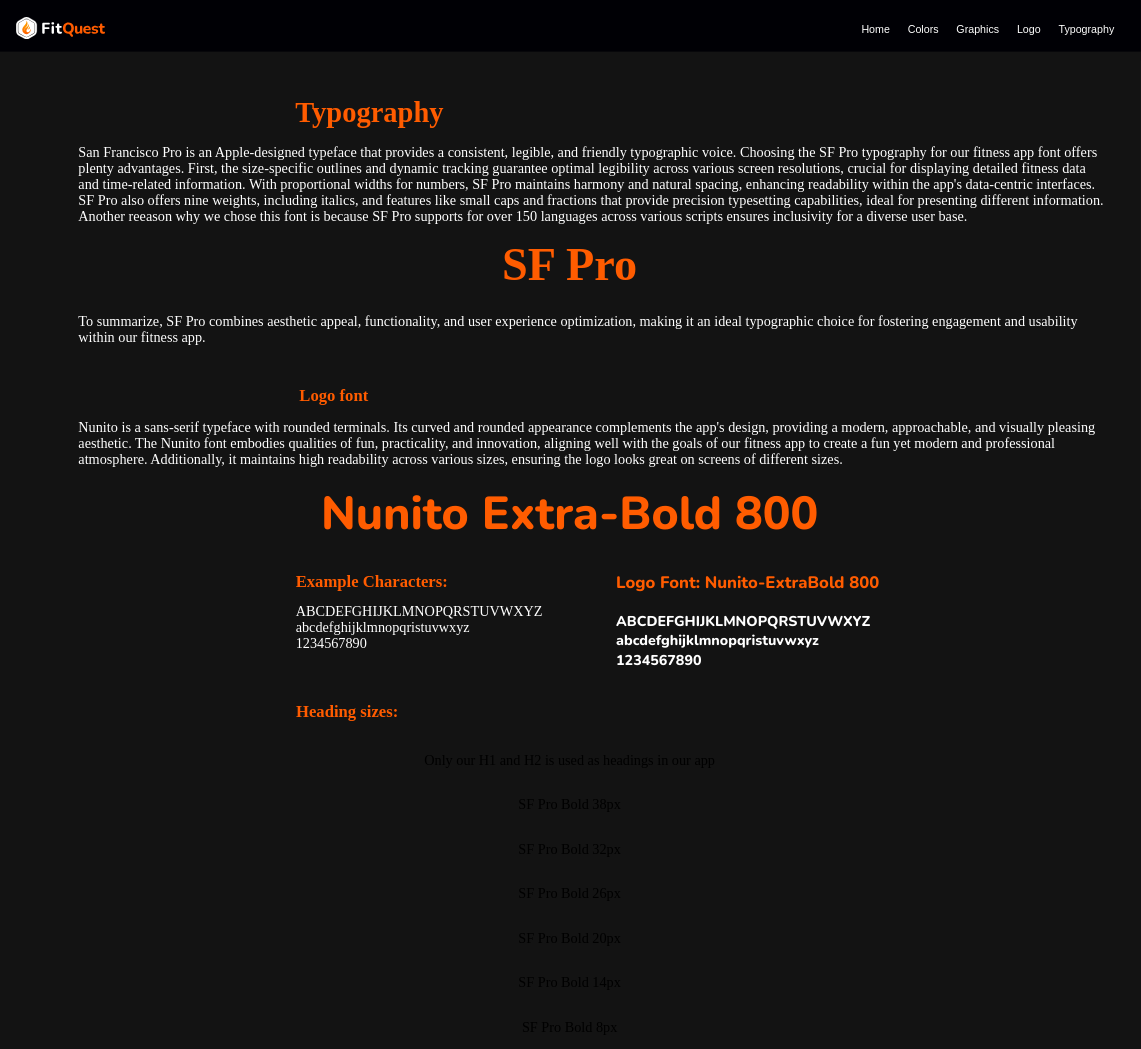
Repository: KyannaKrueger/a5styleguide
Page: /typography
An editor plug-in stored every save of this project. The page is shown before and after the next save, followed by the edit.
The browser window is 1280 px wide. The page is 1282 px wide, so the pictures cover 1282 px, including what lies to the right of the window. The pictures show the whole page, at 89% of full size.
The project was rebuilt for these pictures with package versions that can differ from the ones it lists, and the page was loaded fresh each time. The framework's server and built-in components were replaced by stand-ins that run in the browser. Also part of the build but not shown: next.config.mjs.

Above is the page before, as saved 2024-04-07 17:04:56.

After the next save:
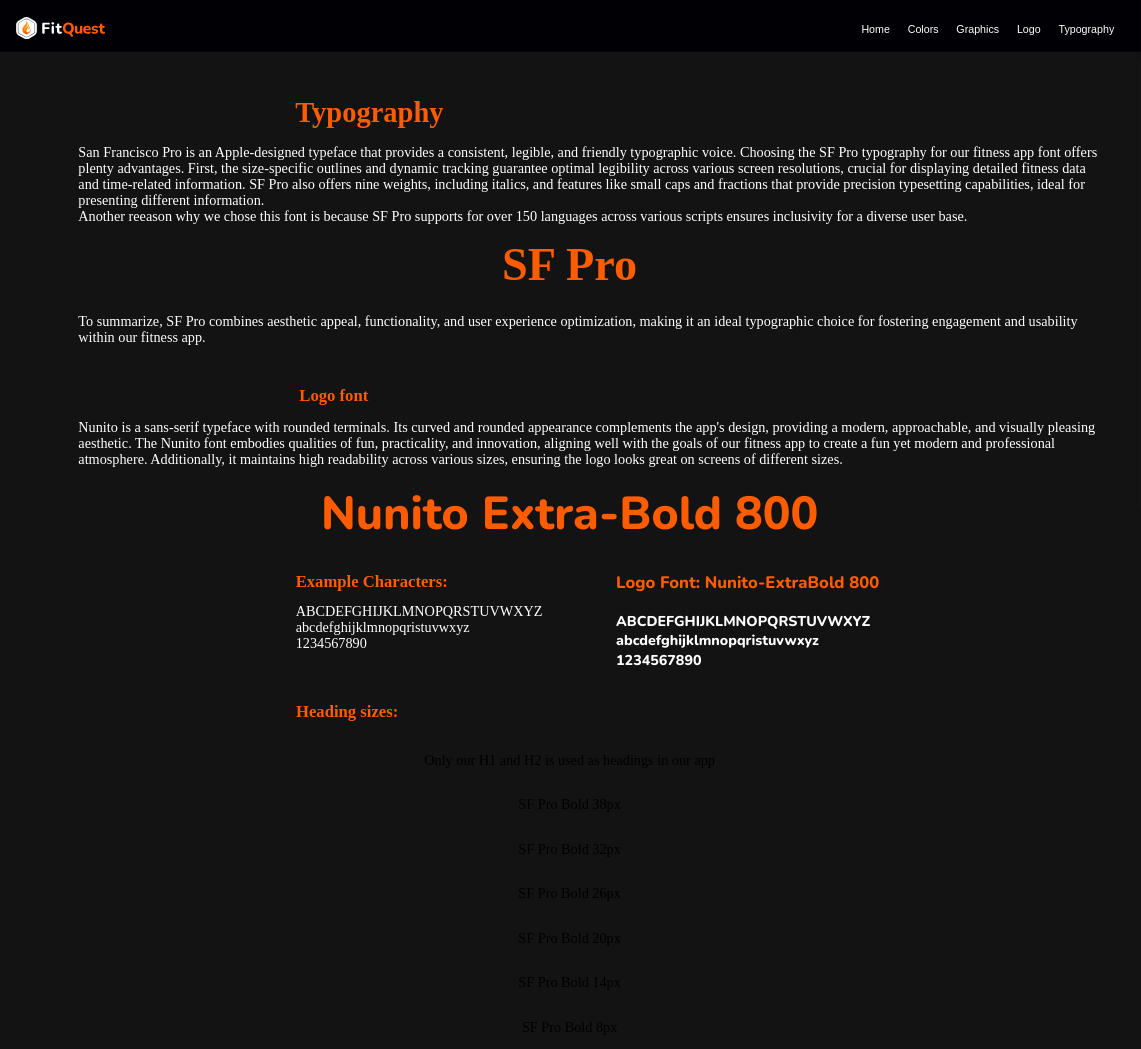
Saved 106 s later.
--- a/pages/typography.js
+++ b/pages/typography.js
@@ -16,7 +16,7 @@
         <h1 className={styles.typoTitle}>Typography</h1>
         <p className={styles.typoText}>San Francisco Pro is an Apple-designed typeface that provides a consistent, legible, and friendly typographic voice.
 
-            Choosing the SF Pro typography for our fitness app font offers plenty advantages. First, the size-specific outlines and dynamic tracking guarantee optimal legibility across various screen resolutions, crucial for displaying detailed fitness data and time-related information. With proportional widths for numbers, SF Pro maintains harmony and natural spacing, enhancing readability within the app's data-centric interfaces.
+            Choosing the SF Pro typography for our fitness app font offers plenty advantages. First, the size-specific outlines and dynamic tracking guarantee optimal legibility across various screen resolutions, crucial for displaying detailed fitness data and time-related information.
 
             SF Pro also offers nine weights, including italics, and features like small caps and fractions that provide precision typesetting capabilities, ideal for presenting different information.<br/>
 
